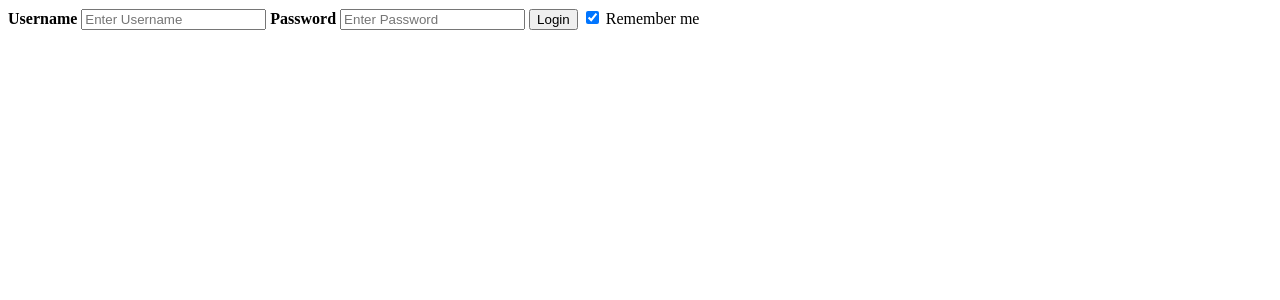
Repository: mugdha97/JSPServlet
Page: http://localhost/com.bridgelabz.loginRegister/login.jsp
The author's editor kept a copy of each file at every save. The page is drawn from the files as they stood at one save, then again after the next save.
The browser window is 1280 px wide. The pictures show the whole page.
The page is served by Tomcat 9. Other server files are loaded and not shown.

Above is the page before, as saved 2019-10-19 04:39:32.

### com.bridgelabz.loginRegister/WebContent/login.jsp
<%@ page language="java" contentType="text/html; charset=UTF-8"
    pageEncoding="UTF-8"%>
<!DOCTYPE html>
<html>
<head>
<meta charset="UTF-8">
<title>Insert title here</title>
</head>
<body>
<div class="container">
      <label for="uname"><b>Username</b></label>
      <input type="text" placeholder="Enter Username" name="uname" required>

      <label for="psw"><b>Password</b></label>
      <input type="password" placeholder="Enter Password" name="psw" required>

      <button type="submit">Login</button>
      <label>
        <input type="checkbox" checked="checked" name="remember"> Remember me
      </label>
    </div>
<!-- /<form action="login" method="post"> -->
<!-- //Enter User Name:<input type="text" name="uname"><br> -->
<!-- //Enter password :<input type="password" name="password"><br> -->
<!-- //<input type="submit" value="login"> -->
<!-- //<a href="Registration.jsp">new user??</a> -->
<!-- //</form> -->
<form >


</form>
</body>
</html>

After the next save:
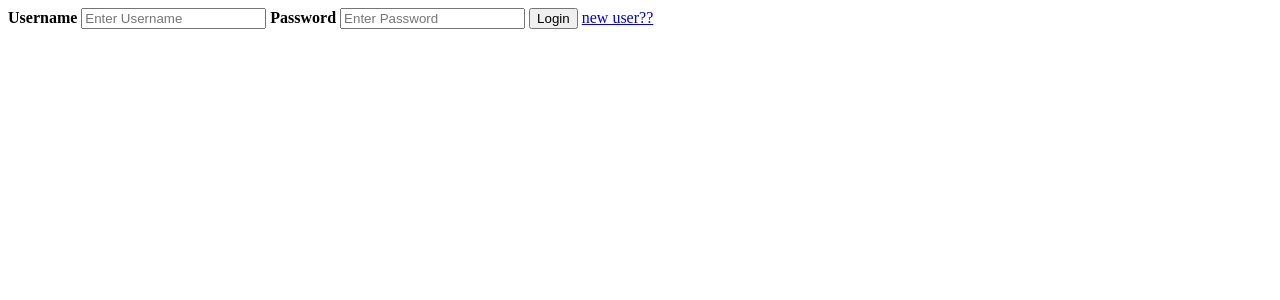
Saved 87 s later.
--- a/com.bridgelabz.loginRegister/WebContent/login.jsp
+++ b/com.bridgelabz.loginRegister/WebContent/login.jsp
@@ -12,12 +12,10 @@
       <input type="text" placeholder="Enter Username" name="uname" required>
 
       <label for="psw"><b>Password</b></label>
-      <input type="password" placeholder="Enter Password" name="psw" required>
+      <input type="password" placeholder="Enter Password" name="password" required>
 
       <button type="submit">Login</button>
-      <label>
-        <input type="checkbox" checked="checked" name="remember"> Remember me
-      </label>
+     <a href="Registration.jsp">new user??</a>
     </div>
 <!-- /<form action="login" method="post"> -->
 <!-- //Enter User Name:<input type="text" name="uname"><br> -->
